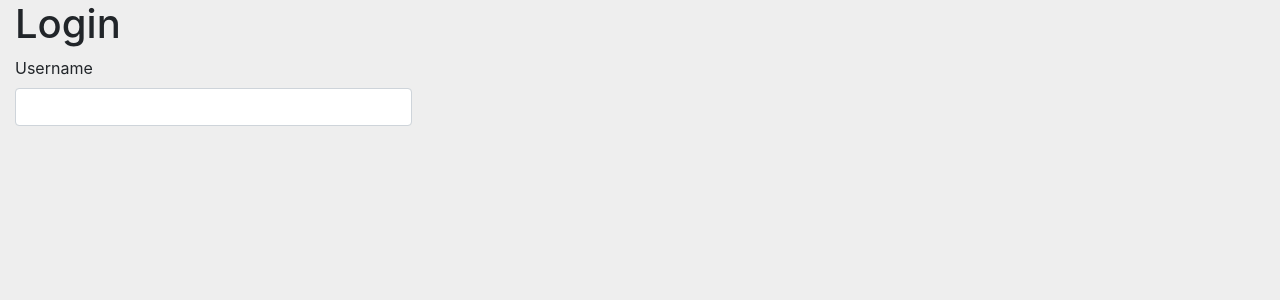
Repository: neoighodaro-articles/migrating-to-laravel
Page: http://localhost/
An editor plug-in stored every save of this project. The page is shown before and after the next save, followed by the edit.
The browser window is 1280 px wide. The pictures show the whole page.
The page is run by PHP 8.4 with error messages shown; the project is at /var/www/html/.

Above is the page before, as saved 2018-06-12 18:36:46.

After the next save:
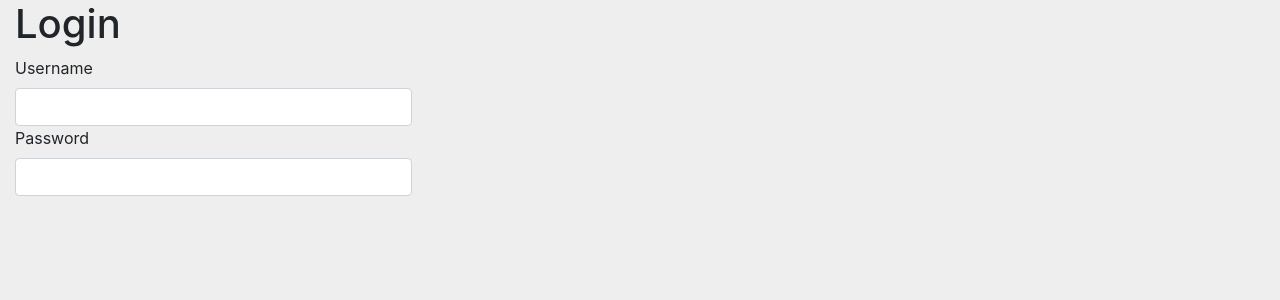
Saved 110 s later.
--- a/vanilla/index.php
+++ b/vanilla/index.php
@@ -18,6 +18,8 @@
       <h1> Login </h1>
       <label>Username</label>
       <input type="text" class="form-control">
+      <label>Password</label>
+      <input type="text" class="form-control">
     </div>
   </div>
 </body>
